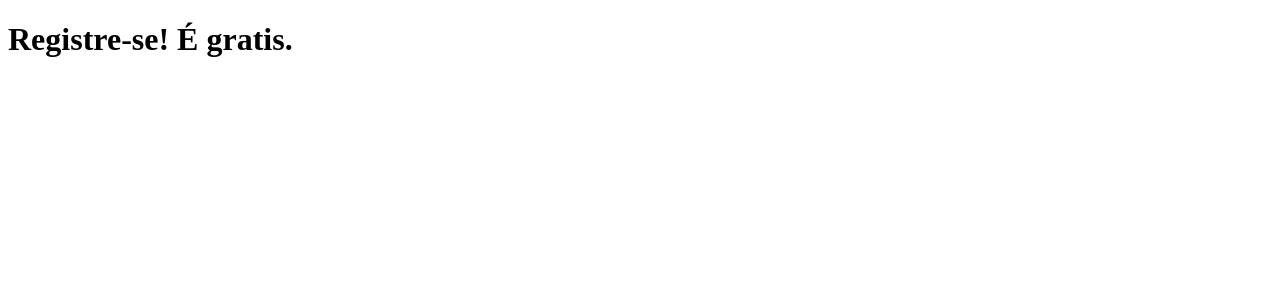
Repository: gabrielma19/1TDSG-Web
Page: http://localhost/06-Loja/cadastro-usuario.jsp
The author's editor kept a copy of each file at every save. The page is drawn from the files as they stood at one save, then again after the next save.
The browser window is 1280 px wide. The pictures show the whole page.
The page is served by Tomcat 9. Other server files are loaded and not shown.

Above is the page before, as saved 2016-09-14 11:22:46.

### 06-Loja/WebContent/cadastro-usuario.jsp
<%@ page language="java" contentType="text/html; charset=ISO-8859-1"
    pageEncoding="ISO-8859-1"%>
<!DOCTYPE html PUBLIC "-//W3C//DTD HTML 4.01 Transitional//EN" "http://www.w3.org/TR/html4/loose.dtd">
<html>
<head>
<meta http-equiv="Content-Type" content="text/html; charset=ISO-8859-1">
<title>Cadastro de Usuário</title>
</head>
<body>

<div class="container">
	<h1>Registre-se! É gratis.</h1>

</div>

</body>
</html>

After the next save:
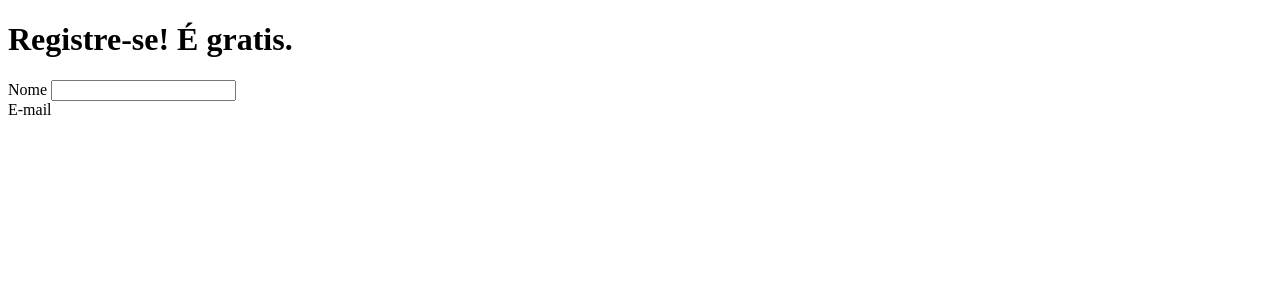
Saved 14 min 58 s later.
--- a/06-Loja/WebContent/cadastro-usuario.jsp
+++ b/06-Loja/WebContent/cadastro-usuario.jsp
@@ -10,7 +10,16 @@
 
 <div class="container">
 	<h1>Registre-se! É gratis.</h1>
+	<form>
+		<div class="form-group">
+			<label for="nomeId">Nome</label>
+			<input type="text" name="nome" class="form-control" id="nomeId">
+		</div>
+		<div class="form-group">
+			<label for="emailId">E-mail</label>
 
+		</div>
+	</form>
 </div>
 
 </body>
